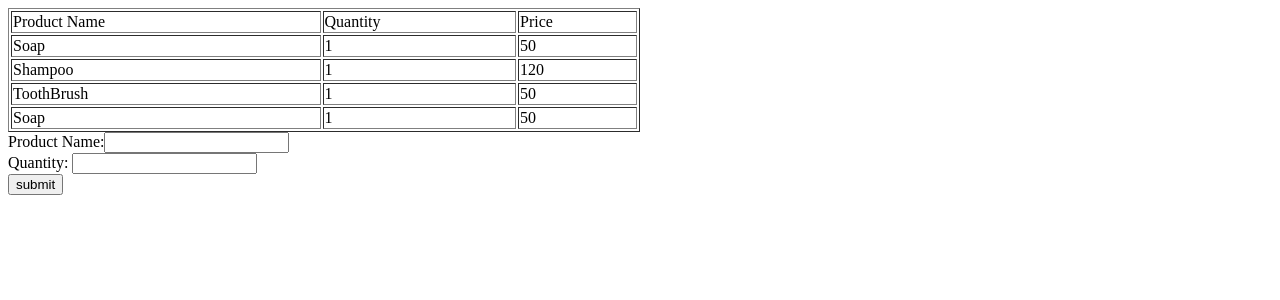
Repository: avishi14/Java_Practise
Page: webApplication/ValidateAge/WebContent/Product.html
The author's editor kept a copy of each file at every save. The page is drawn from the files as they stood at one save, then again after the next save.
The browser window is 1280 px wide. The pictures show the whole page.

Above is the page before, as saved 2019-09-06 10:36:52.

After the next save:
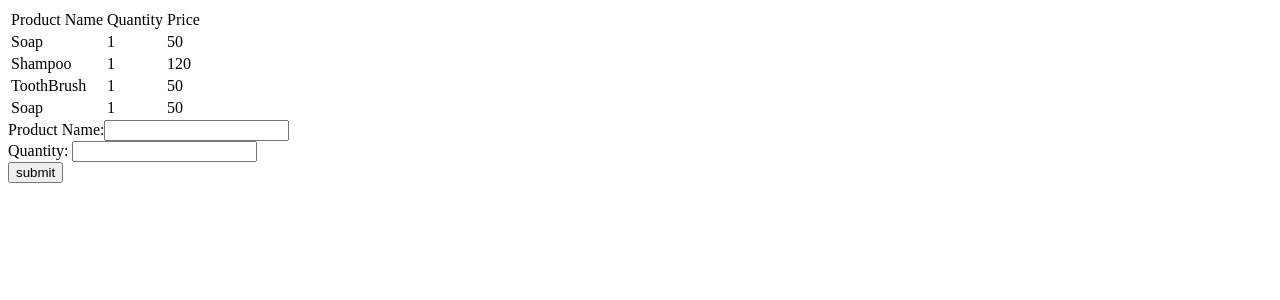
Saved 2 min 0 s later.
--- a/webApplication/ValidateAge/WebContent/Product.html
+++ b/webApplication/ValidateAge/WebContent/Product.html
@@ -5,7 +5,7 @@
 <title>Insert title here</title>
 </head>
 <body>
-<table width='50%' border='1px'>
+<table >
 <tr>
 <td> Product Name </td> <td>Quantity</td><td>Price</td>
 </tr>

After the save that followed:
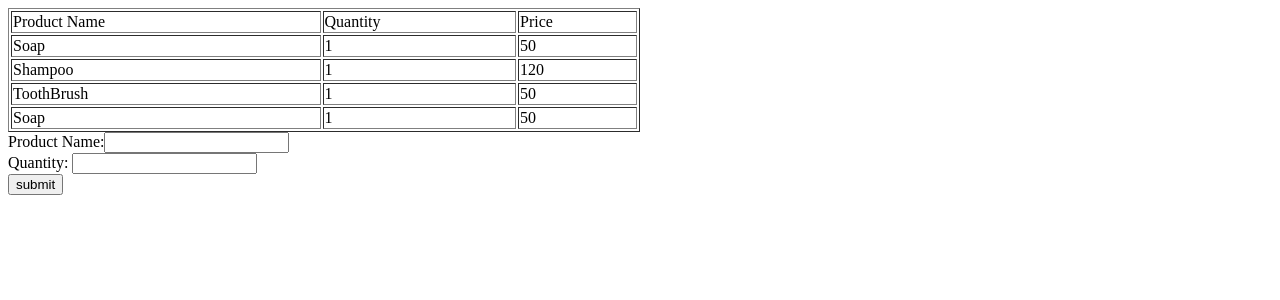
Saved 29 s later.
--- a/webApplication/ValidateAge/WebContent/Product.html
+++ b/webApplication/ValidateAge/WebContent/Product.html
@@ -5,7 +5,7 @@
 <title>Insert title here</title>
 </head>
 <body>
-<table >
+<table width='50%' border='1px'>
 <tr>
 <td> Product Name </td> <td>Quantity</td><td>Price</td>
 </tr>
